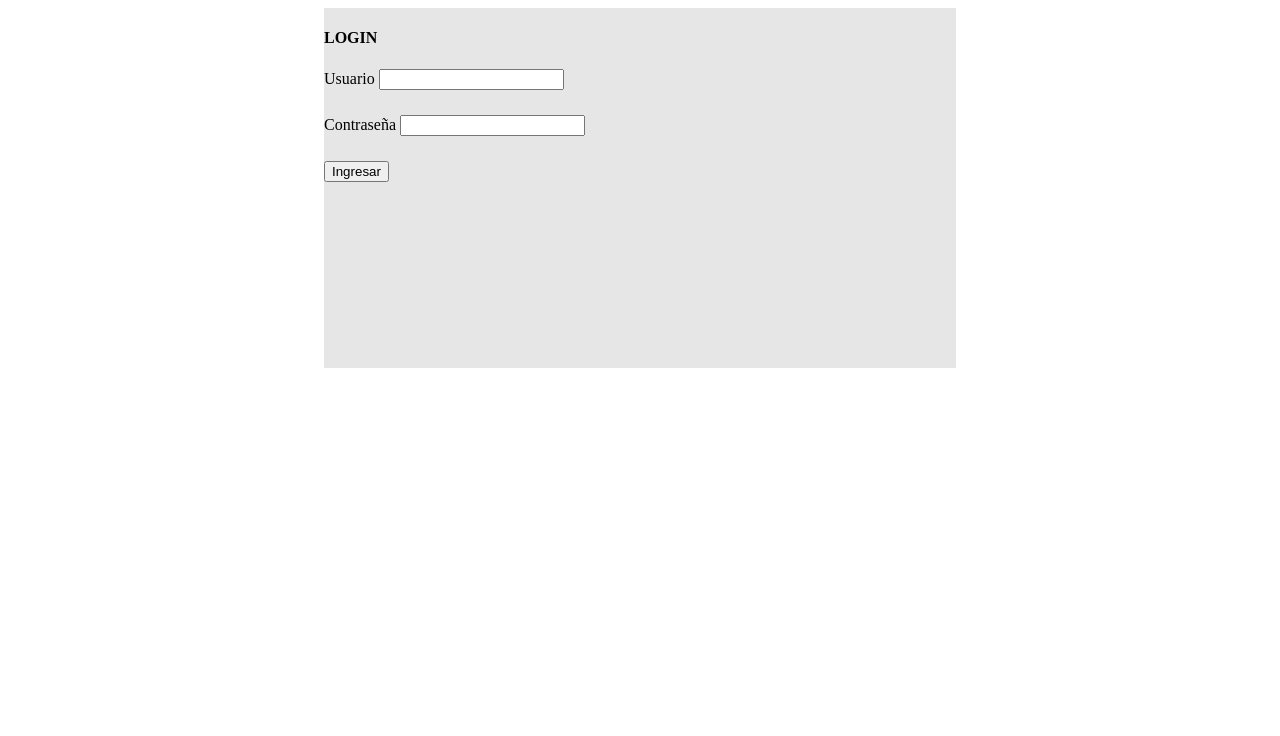
Repository: juanmondragonc/torre-project
Page: http://localhost/torre/login.jsp
An editor plug-in stored every save of this project. The page is shown before and after the next save, followed by the edit.
The browser window is 1280 px wide. The pictures show the whole page.
The page is served by Tomcat 9.

Above is the page before, as saved 2022-08-10 20:36:00.

After the next save:
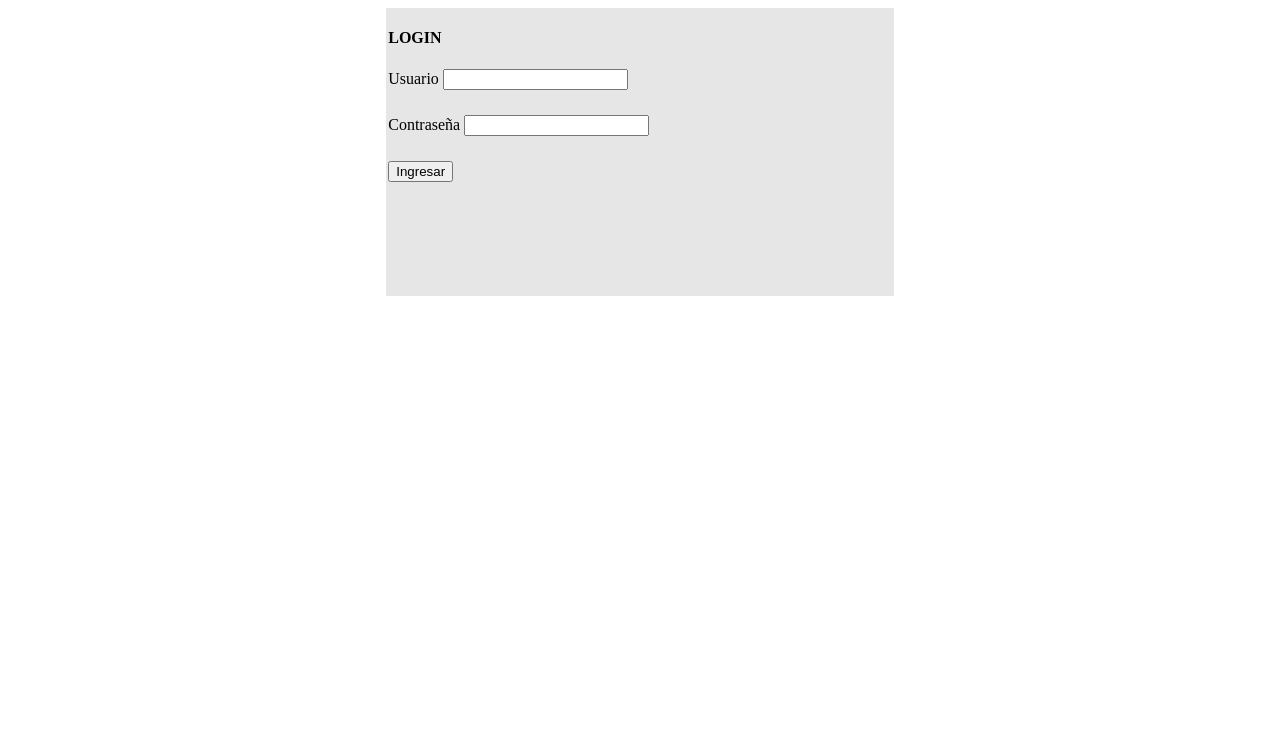
Saved 66 s later.
--- a/torre/src/main/webapp/css/style.css
+++ b/torre/src/main/webapp/css/style.css
@@ -14,7 +14,8 @@
 	overflow: hidden;
 }
 .section-login{
-	width: 50%;
-	height:50%;
+	padding-left: 2px;
+	width: 40%;
+	height:40%;
 	background-color: #e7e6e6;
 }
